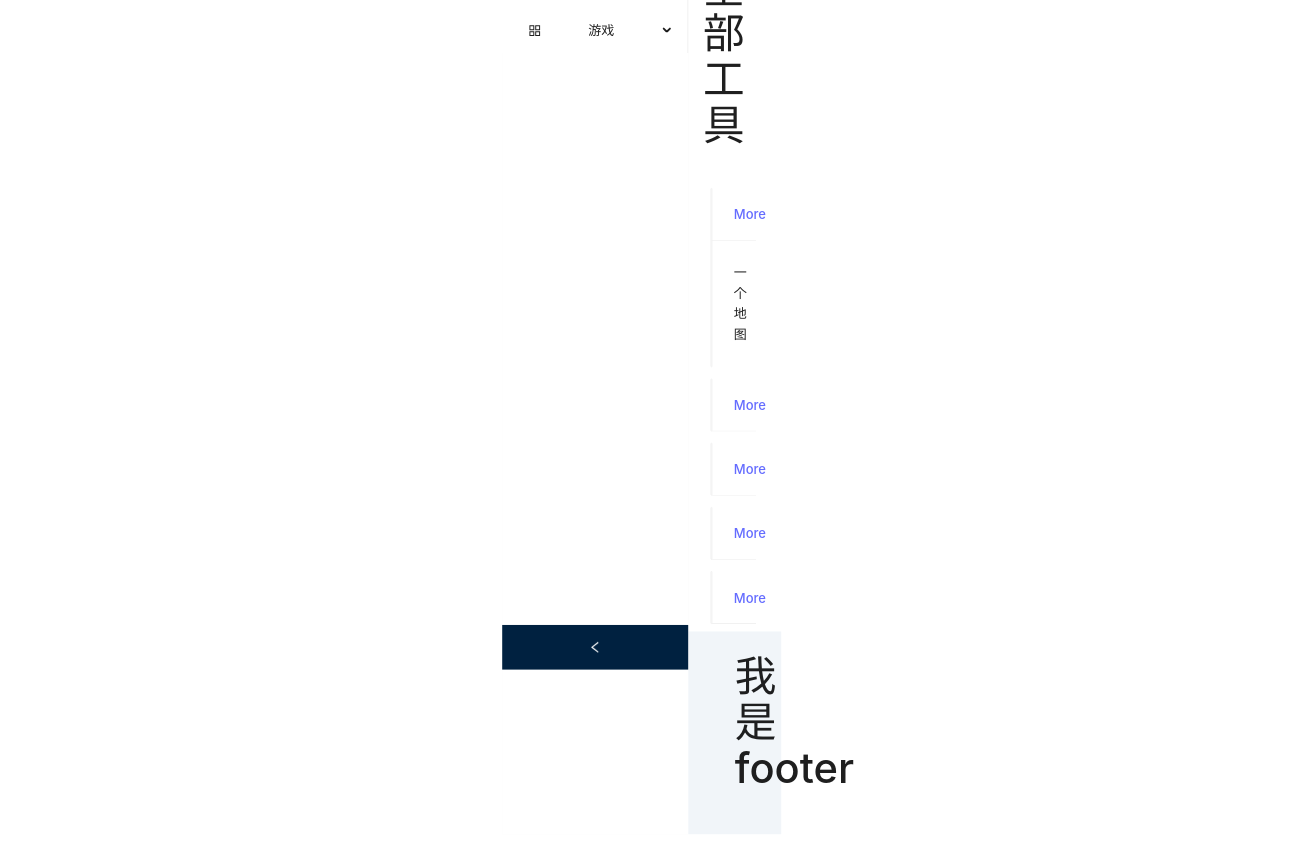
Repository: chenyl8848/chen-tool-collection
Page: /
The author's editor kept a copy of each file at every save. The page is drawn from the files as they stood at one save, then again after the next save.
The browser window is 1280 px wide. The page is 1410 px wide, so the pictures cover 1410 px, including what lies to the right of the window. The pictures show the whole page, at 93% of full size.
The project was rebuilt for these pictures with package versions that can differ from the ones it lists, and the page was loaded fresh each time. Also part of the build but not shown: vite.config.ts, src/components/HelloWorld.vue.

Above is the page before, as saved 2024-01-12 16:19:09.

After the next save:
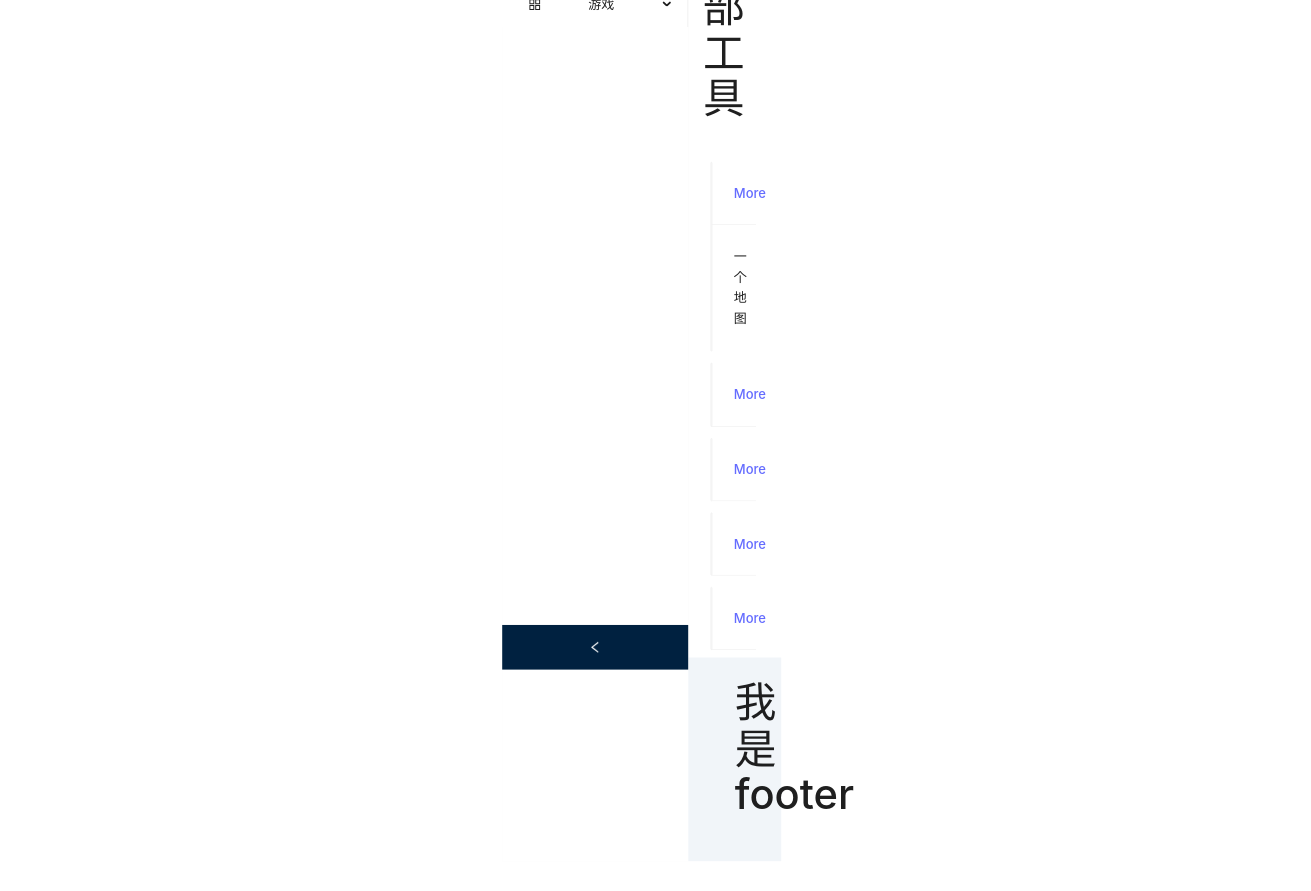
Saved 8 s later.
--- a/src/pages/Home.vue
+++ b/src/pages/Home.vue
@@ -38,7 +38,7 @@
 
                     <template #title>
                         <home-outlined />
-                        <p>{{ item.title }}</p>
+                        <p>{{ item.name }}</p>
                     </template>
                     <template #extra>
                         <a href="#">More</a>
